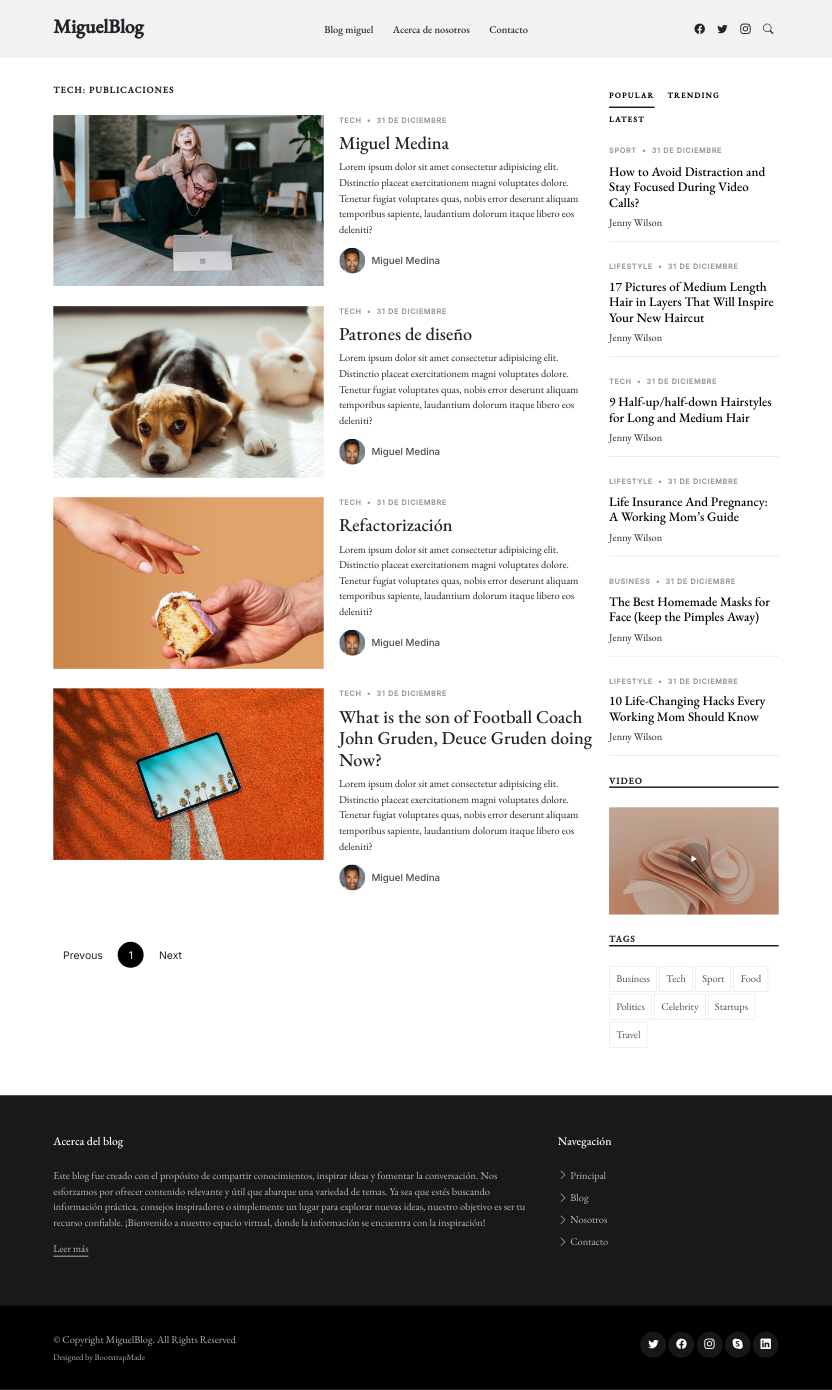
Repository: MiguelDev5/blog-miguel
Page: index.html
An editor plug-in stored every save of this project. The page is shown before and after the next save, followed by the edit.
The browser window is 1280 px wide. The pictures show the whole page, at 65% of full size.
Some web fonts or font styles are not loaded; a fallback is used.

Above is the page before, as saved 2024-01-01 13:38:10.

After the next save:
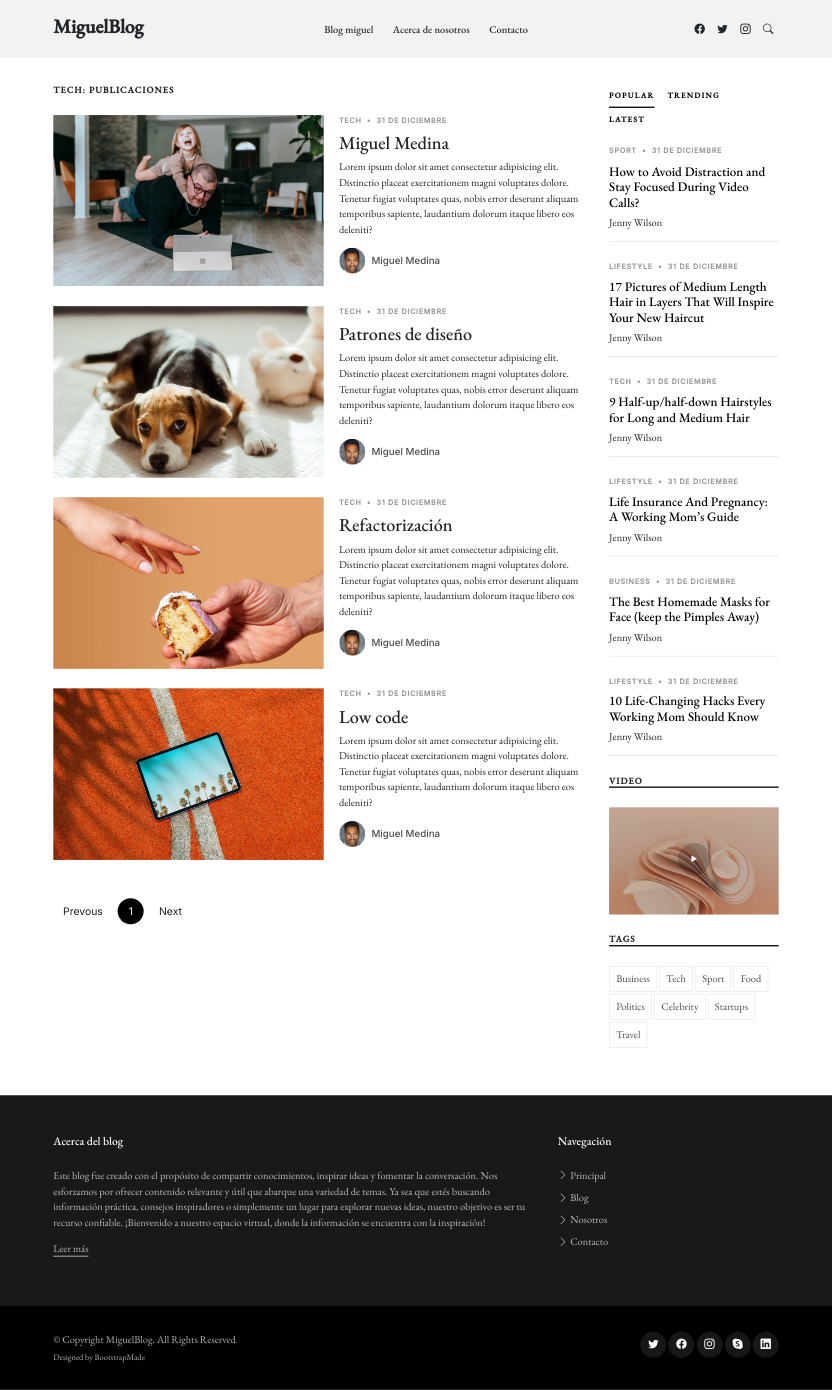
Saved 12 s later.
--- a/index.html
+++ b/index.html
@@ -146,7 +146,7 @@
               </a>
               <div>
                 <div class="post-meta"><span class="date">Tech</span> <span class="mx-1">&bullet;</span> <span>31 de Diciembre</span></div>
-                <h3><a href="single-post.html">What is the son of Football Coach John Gruden, Deuce Gruden doing Now?</a></h3>
+                <h3><a href="single-post.html">Low code</a></h3>
                 <p>Lorem ipsum dolor sit amet consectetur adipisicing elit. Distinctio placeat exercitationem magni voluptates dolore. Tenetur fugiat voluptates quas, nobis error deserunt aliquam temporibus sapiente, laudantium dolorum itaque libero eos deleniti?</p>
                 <div class="d-flex align-items-center author">
                   <div class="photo"><img src="assets/img/person-2.jpg" alt="" class="img-fluid"></div>
